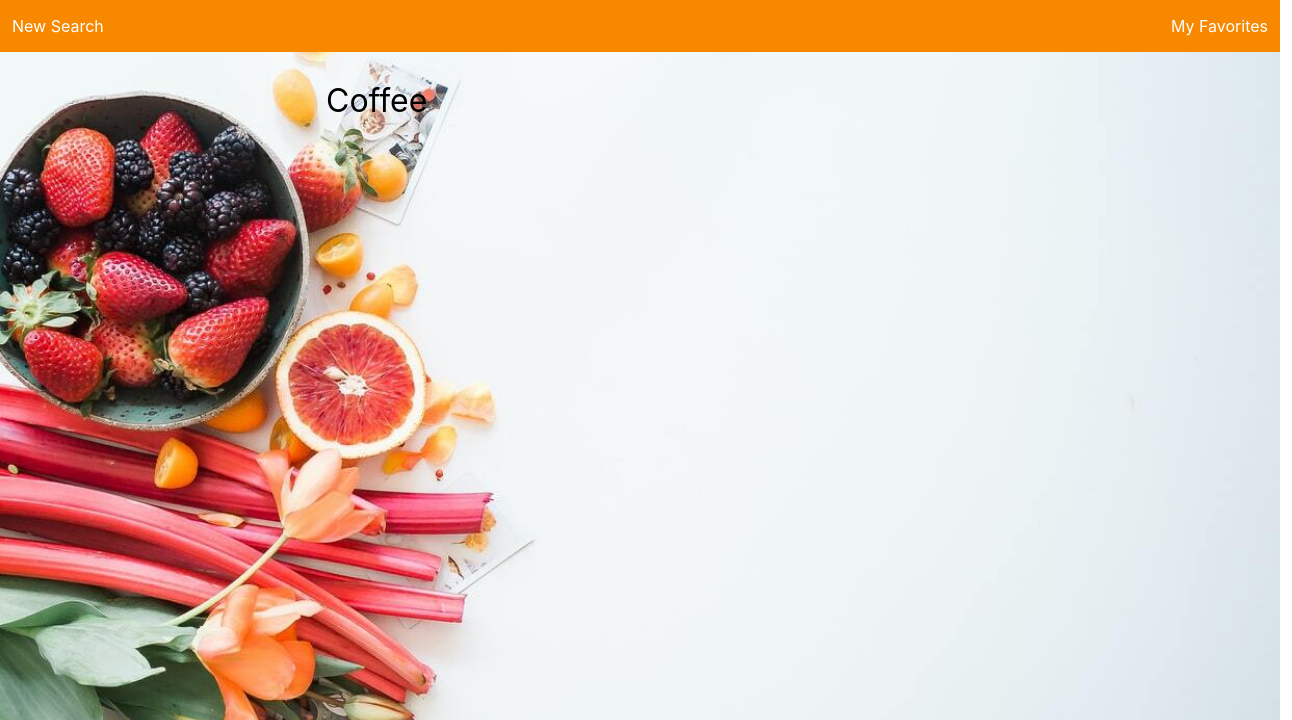
Repository: puakehaulani/the-hungry-app-proj1
Page: results.html
The author's editor kept a copy of each file at every save. The page is drawn from the files as they stood at one save, then again after the next save.
The browser window is 1280 px wide. The page is 1292 px wide, so the pictures cover 1292 px, including what lies to the right of the window. The pictures show the whole page.

Above is the page before, as saved 2020-10-15 20:20:22.

After the next save:
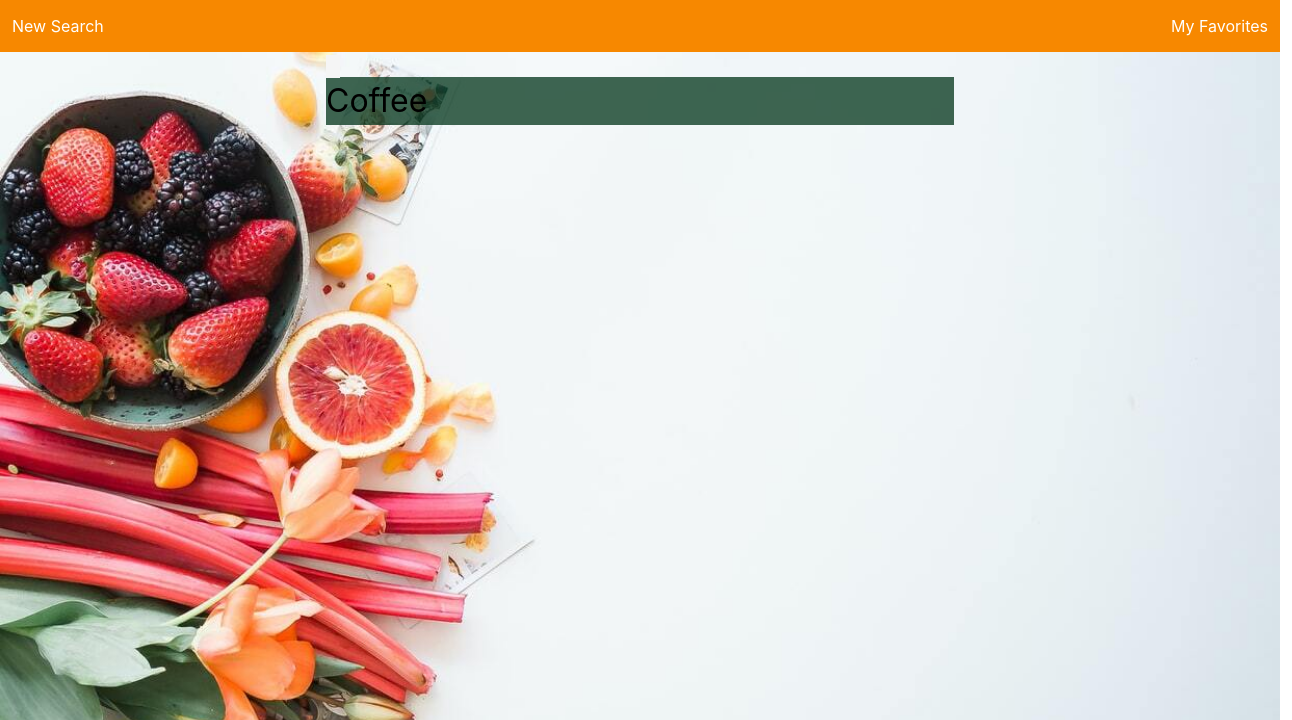
Saved 71 s later.
--- a/assets/style/style.css
+++ b/assets/style/style.css
@@ -68,7 +68,7 @@ th{
 
 
 }
-  #display { background-color: 0, 51, 25, 0.5;
+  #display { background-color:rgba(0, 51, 25, 0.75);
             font-size: 2rem;
             color: #000000;
             min-height: 25px;
